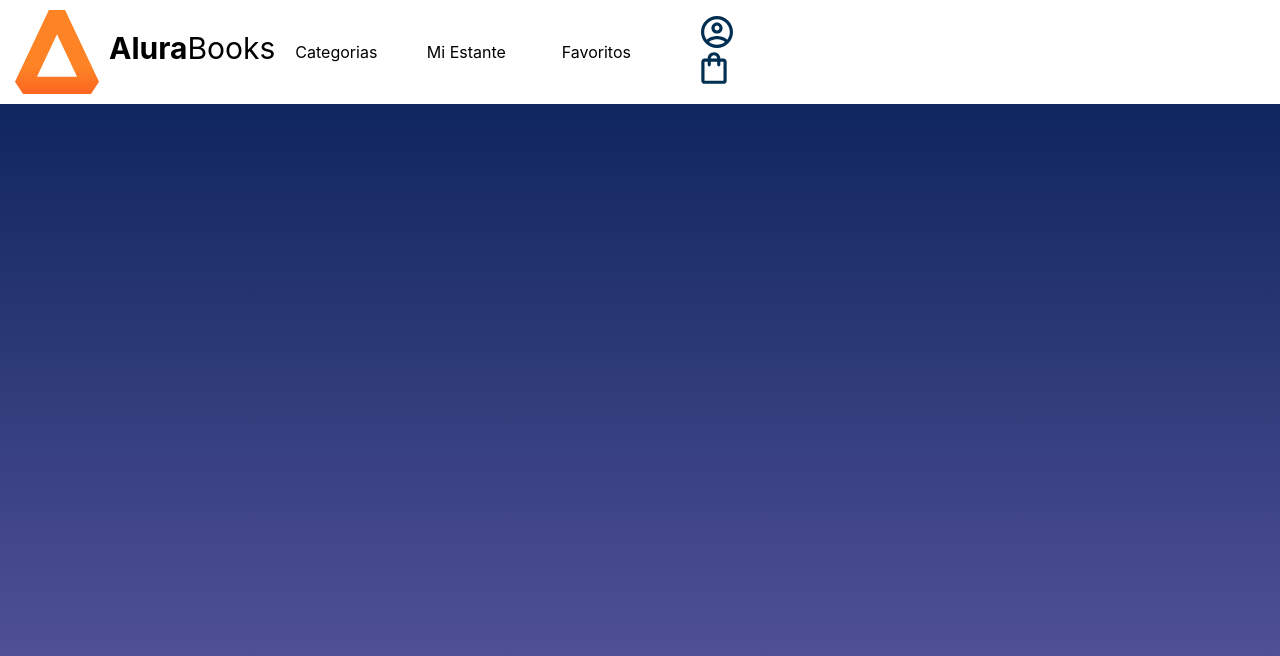
Repository: SandroG1977/Alura.Books
Page: /
The author's editor kept a copy of each file at every save. The page is drawn from the files as they stood at one save, then again after the next save.
The browser window is 1280 px wide. The pictures show the whole page.
The project was rebuilt for these pictures with package versions that can differ from the ones it lists, and the page was loaded fresh each time.

Above is the page before, as saved 2026-04-08 02:01:46.

### src/App.js
import './App.css';
import Logo from './components/logo';
import perfil from './images/perfil.svg';
import carrito from './images/sacola.svg';

const textoOpciones = ['Categorias', 'Mi Estante', 'Favoritos'];
const iconosOpciones = [perfil, carrito];

function App() {
  return (
    <div className="App">
      <header className="App-header">
        <Logo />
        <ul className='opciones'>
          {textoOpciones.map((opcion, index) => (
            <li key={index} className='opcion'><p>{opcion}</p></li>
          ))}
        </ul>
        <ul clssName="iconos">
          {iconosOpciones.map((icono, index) => (
            <li key={index} className='icono'><img src={icono} alt={`Icono ${index}`} /></li>
          ))}
        </ul>
      </header>
    </div>
  );
}

export default App;

### src/App.css
.App {width: 100vw;
  height: 100vh;
  background-image: linear-gradient(to bottom, #031e55, #57559b);

}

.App-header {
  background-color: white;
  display: flex;
}

li{
    list-style: none;
}
.opciones{
    display: flex;
}
.opcion{
  font-size: 16px;
  display: flex;
  justify-content: center;
  align-items: center;
  text-align: center;
  height: 100%;
  padding: 0 5px;
  cursor: pointer;
  min-width: 120px;

}

### src/components/logo/index.js
import logo from '../../images/logo.svg';
import './styles.css';

function Logo() {
    return (
        <div className="logo">
            <img className='logo_img' src={logo} alt="Logo Alura Books" />
            <p><strong>Alura</strong>Books</p>
        </div>
    );
}

export default Logo;

### src/components/logo/styles.css
.logo{
    display: flex;
    font-size: 30px;
    margin-left: 5px;
}
.logo_img{
    margin: 10px;
}
.iconos{
    display: flex;
}

Loaded but not shown: public/index.html (common file); src/index.js (common file); src/index.css (common file); src/reportWebVitals.js (common file)

After the next save:
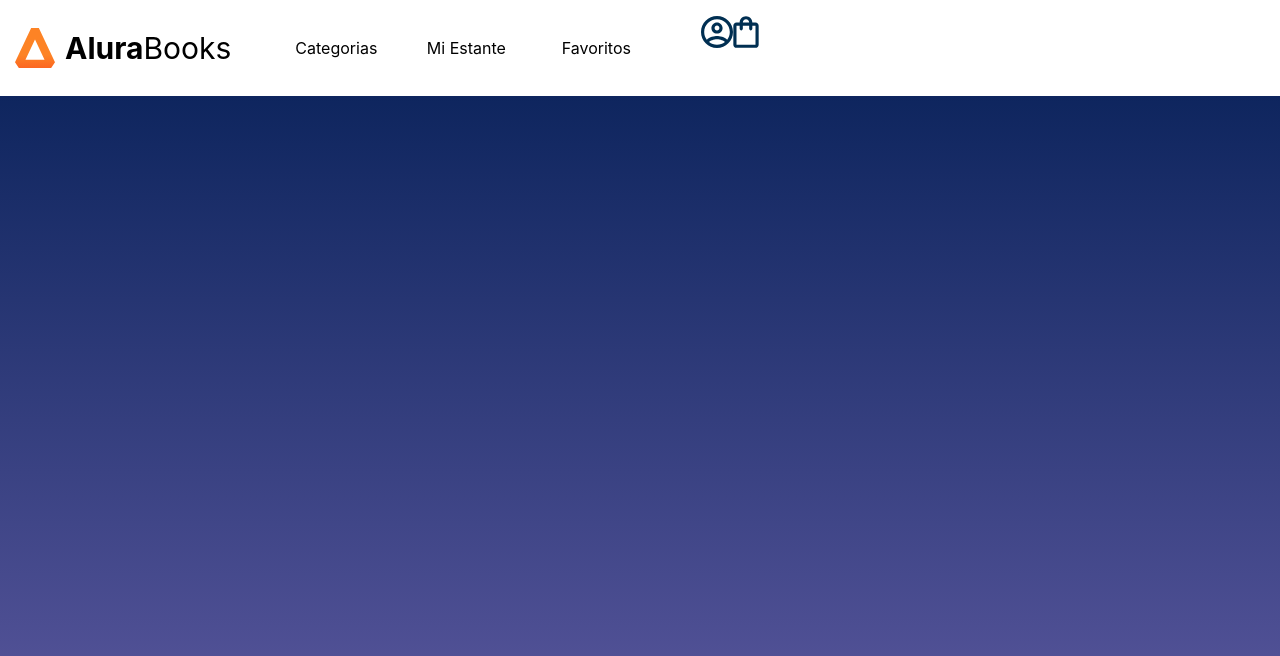
Saved 16 s later.
--- a/src/App.js
+++ b/src/App.js
@@ -16,7 +16,7 @@
             <li key={index} className='opcion'><p>{opcion}</p></li>
           ))}
         </ul>
-        <ul clssName="iconos">
+        <ul className="iconos">
           {iconosOpciones.map((icono, index) => (
             <li key={index} className='icono'><img src={icono} alt={`Icono ${index}`} /></li>
           ))}
